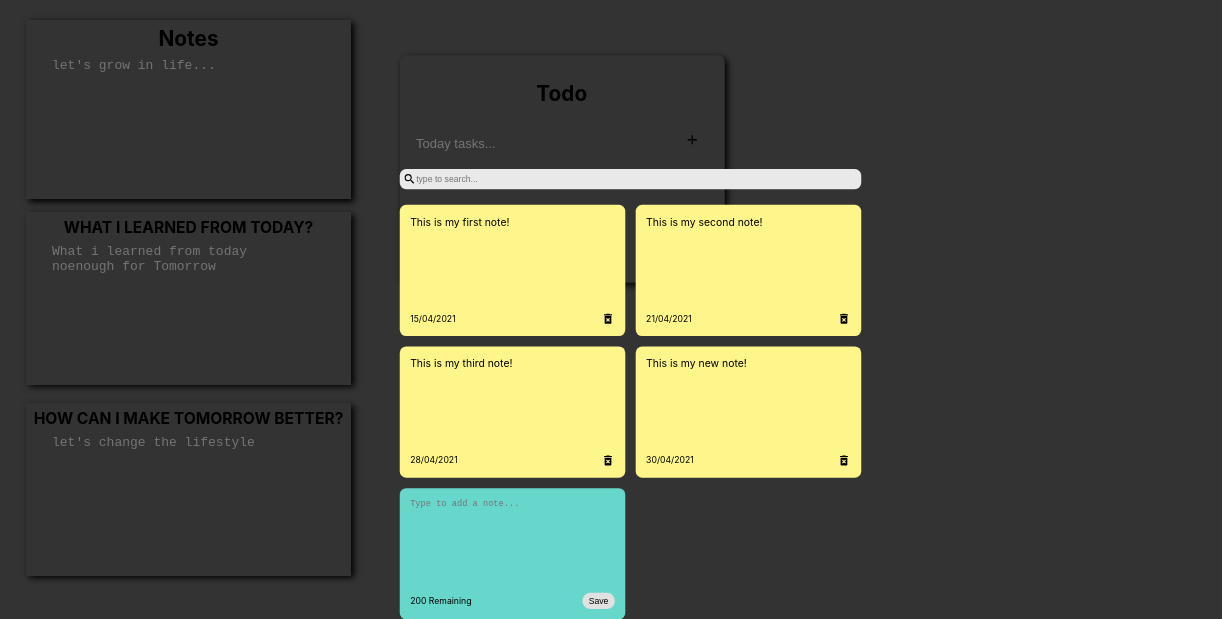
Repository: subhamRsahoo/note
Page: /
These files come from the project's save history. The page is drawn as it stood at one moment and after the next save; the edit follows.
The browser window is 1280 px wide. The page is 1880 px wide, so the pictures cover 1880 px, including what lies to the right of the window. The pictures show the whole page, at 65% of full size.
The project was rebuilt for these pictures with package versions that can differ from the ones it lists, and the page was loaded fresh each time.

Above is the page before, as saved 2021-07-15 17:40:23.

### public/index.html
<!DOCTYPE html>
<html lang="en">
  <head>
    <meta charset="utf-8" />
    <link rel="icon" href="%PUBLIC_URL%/favicon.ico" />
    <meta name="viewport" content="width=device-width, initial-scale=1" />
    <meta name="theme-color" content="#000000" />
    <meta
      name="description"
      content="Web site created using create-react-app"
    />
    <link rel="apple-touch-icon" href="%PUBLIC_URL%/logo192.png" />
    <link rel="manifest" href="%PUBLIC_URL%/manifest.json" />


    <!-- <link rel="stylesheet" href="https://cdnjs.cloudflare.com/ajax/libs/font-awesome/5.15.3/css/font-awesome.min.css"/> -->

    <!-- <link rel="stylesheet" href="https://bootswatch.com/4/materia/bootstrap.com"/> -->

    <title>React App</title>
  </head>
  <body>
    <noscript>You need to enable JavaScript to run this app.</noscript>
    <div id="root"></div>
  </body>
</html>

### src/App.js
import React from 'react'
import Hub from './components/Hub';
import Hub1 from './components/aaaa/Hub1';
import A from './components/New folder/A';

function App() {
    return (
        <div>
            <Hub/>
            <Hub1/>
            <A/>
        </div>
    )
}

export default App

### src/components/Hub.js
import React , {useState , useEffect}from "react";
import Header from "./Header";
import Form from "./Form";
import TodoList from "./TodoList";
import './App.css';


const Hub = () => {
  const initalState = JSON.parse(localStorage.getItem("todos")) || [];
  const [input ,setInput] = useState("");
  const [todos ,setTodos] = useState(initalState);
  const [editTodo , setEditTodo] = useState(null);

  useEffect(() => {
    localStorage.setItem("todos" , JSON.stringify(todos))
  }, [todos]);
  return (
    <div className="container">
      <div className="app-wrapper">
        <div>
          <Header/>
        </div>
        <div>
          <Form
          input={input}
          setInput={setInput}
          todos={todos}
          setTodos={setTodos}
          editTodo={editTodo}
          setEditTodo={setEditTodo}
          />
        </div>
        <div>
          <TodoList todos={todos} setTodos={setTodos} setEditTodo={setEditTodo}/>
        </div>
      </div>
    </div>

  );
}

export default Hub;

### src/components/aaaa/Hub1.js
import React, { Component } from 'react';
import FormDataComponent from './components/form-data.component';
class  Hub1 extends Component {
  render() {
    return (
      <div >
        <FormDataComponent />
      </div>
    );
  }
}

export default Hub1;

### src/components/New folder/A.js
import React from 'react';
import './index.css';
import App from './App';


function A() {
    return (
        <div>
            <App />
        </div>
    )
}

export default A

### src/components/Header.js
import React from 'react'

function Header() {
    return (
        <div className="header">
            <h1>Todo</h1>
        </div>
    )
}

export default Header

### src/components/Form.js
import React , {useEffect} from 'react'
import {v4 as uuidv4} from "uuid";
import AddIcon from '@material-ui/icons/Add';

 const Form =({input , setInput , todos , setTodos , editTodo , setEditTodo }) => {
     const updateTodo = (title , id, completed) =>
     {
         const newTodo = todos.map((todo)=>

             todo.id === id ? {title,id, completed} : todo
         )
         setTodos(newTodo);
         setEditTodo("");
     }
     useEffect(() =>
     {
         if(editTodo)
         {
             setInput(editTodo.title);
         }else{
             setInput("")
         }
     }, [setInput , editTodo]);

     const onInputChange= (event) =>
     {
       setInput(event.target.value);
     };

     const onFormSubmit = (event) =>
     {
        event.preventDefault();
        if(!editTodo){
            setTodos([...todos , {id:uuidv4(), title: input , completed: false}]);
            setInput("");
        }else{
            updateTodo(input , editTodo.id , editTodo.completed)
        }
     }
    return (
       <form onSubmit={onFormSubmit}>
           <input type="text" placeholder="Today tasks... " className="task-input"
           value={input} required onChange={onInputChange} limit={3}/>
           <button type="submit" className="Add">
            <AddIcon/>
           </button>
       </form>
    )
}

export default Form

### src/components/TodoList.js
import React from 'react'
import DoneIcon from '@material-ui/icons/Done';
import EditIcon from '@material-ui/icons/Edit';
import DeleteIcon from '@material-ui/icons/Delete';

const TodoList = ({todos , setTodos , setEditTodo}) => {

    const handleDelete = ({id}) =>
    {
        setTodos(todos.filter((todo) => todo.id !== id));
    }

    const handleComplete = (todo) =>
    {
        setTodos(
            todos.map((item) => {
                if(item.id === todo.id){
                    return {...item , completed: !item.completed};
                }
                return item
            })
        )
    }

    const handleEdit =({id}) =>{
        const findTodo = todos.find((todo) => todo.id === id);
        setEditTodo(findTodo);
    };
    return (
        <div>
           {todos.map((todo) => (
               <li className="list-item"  key={todo.id}>
                   <input type="text"
                     value={todo.title}
                     className={`list ${todo.completed ? "complete" : "" }`}
                     onChange={(event)=> event.preventDefault()}
                   />
                   <div>
                       <button className="button-complete task-button" onClick={() => handleComplete(todo)}>
                          <i><DoneIcon/></i>
                       </button>
                       <button className="button-edit task-button" onClick={()=> handleEdit(todo)}>
                          <i><EditIcon/></i>
                       </button>
                       <button className="button-delete task-button"  onClick={()=> handleDelete(todo)}>
                          <i><DeleteIcon/></i>
                       </button>
                   </div>
               </li>
           ))}
        </div>
    );
}

export default TodoList;

### src/components/App.css
::-webkit-scrollbar {
  width: 9px;
}
::-webkit-scrollbar-thumb {
  background-color: #a8a8a8;
}
::-webkit-scrollbar-thumb:hover {
  background: #828282;
}
::-webkit-scrollbar-track {
  background: #cccccc;
}

body {
  font-family: -apple-system, BlinkMacSystemFont, 'Segoe UI', 'Roboto', 'Oxygen',
    'Ubuntu', 'Cantarell', 'Fira Sans', 'Droid Sans', 'Helvetica Neue',
    sans-serif;
  -webkit-font-smoothing: antialiased;
  -moz-osx-font-smoothing: grayscale;
  background: #333;
}

code {
  font-family: source-code-pro, Menlo, Monaco, Consolas, 'Courier New',
    monospace;
}


*
{
  margin: 0;
  padding: 0;
}

.container
{
  margin-top: 10px;
  width: 100%;
  min-height: 55vh;
  display: grid;
  justify-content: left;
  /* margin-left: 40px; */
  right: 570px;
  align-items: center;
  position: relative;
  box-sizing: border-box;
  /* left: 40px; */
}

.app-wrapper
{
  background-color: #333;
  width: 500px;
  min-height: 350px;
  padding: 10px;
  box-sizing: border-box;
  border-radius: 10px;
  box-shadow: 4px 4px 10px #000;
  /* margin-bottom: 150px; */

}

.header h1
{
  color: black;
  text-align: left;
  margin: 30px 0;
  margin-left: 200px;
}

.task-input
{
  outline: none;
  width: 350px;
  padding: 15px;
  margin-right: 25px;
  font-size: 20px;
  color: white;
  background-color: #333;
  border: none;
  border-radius: 10px;
}

.task-input:hover
{
  box-shadow: 6px 4px 10px #000;
}

.Add
{
  width: 70px;
  padding: 5px 5px;
  border: 0;
  cursor: pointer;
  border-style: transparent;
  background-color: #333;
}

.Add:hover
{
  border-radius: 10px;
  box-shadow: 6px 4px 10px #000;
}

.list-item
{
  display: flex;
  margin: 20px 0;
  border: none;
  border-radius: 10px;
  padding: 7px;
  max-height: 20px;
}

.list-item:hover
{
  box-shadow: 6px 4px 10px #000;
}

.button-complete,
.button-delete,
.button-edit
{
  border: none;
  outline: none;
  cursor: pointer;
  background-color: transparent;
  font-size: 20px;
  border-radius: 50%;
}

.button-complete
{
  color: #ff6c6c;
  margin-right: 10px;
  margin-left: 70px;
}

.button-edit
{
  color: #e2d029;
  margin-right: 10px;
}

.button-delete
{
  color: lightseagreen;
}

.complete
{
  text-decoration-style: solid;
  text-decoration-line: line-through;
  text-decoration-color: #ff6c6c;
  opacity: 0.6;
}

.list
{
  width: 250px;
  background-color: #333;
  border: none;
  color: wheat;
  font-size: 20px;
  padding-left: 10px;
  margin-right: 15px;
}

input:focus,
button:focus
{
  outline: none;
}

@media screen and (max-width:768px)
{
  .container
  {
    left : 120px;
  }
  .app-wrapper
  {

    min-width: 400px;
    min-height: 260px;
    /* margin-top: 15px; */
  }
}

@media screen and (max-width:540px)
{
  .container
  {
    left: 40px;
  }
}

@media screen and (max-width: 1020px)
{
  .app-wrapper
  {
    min-width: 200px;
    min-height: 260px;
    margin-top: 15px;
  }
}

### src/components/aaaa/components/form-data.component.js
import React, { Component } from 'react';
import './design.css';
export default class FormDataComponent extends Component {
    userData;

    constructor(props) {
        super(props);

        this.onChangeName = this.onChangeName.bind(this);
        this.onChangeName1 = this.onChangeName1.bind(this);
        this.onChangeName2 = this.onChangeName2.bind(this);
        this.onSubmit = this.onSubmit.bind(this);

        this.state = {
            name: '',
            name1: '',
            name2: ''
        }
    }

    // Form Values
    onChangeName(e) {
        this.setState({ name: e.target.value })
    }

    onChangeName1(e) {
        this.setState({ name1: e.target.value })
    }

    onChangeName2(e) {
        this.setState({ name2: e.target.value })
    }


    // React Life Cycle
    componentDidMount() {
        this.userData = JSON.parse(localStorage.getItem('user'));

        if (localStorage.getItem('user')) {
            this.setState({
                name: this.userData.name,
                name1: this.userData.name1,
                name2: this.userData.name2
            })
        } else {
            this.setState({
                name: '',
                name1: '',
                name2: ''
            })
        }
    }

    componentWillUpdate(nextProps, nextState) {
        localStorage.setItem('user', JSON.stringify(nextState));
    }

    onSubmit(e) {
        e.preventDefault()
        console.log(this.state.props)
    }


    render() {
        return (

                <form className="form" onSubmit={this.onSubmit}>
                    <div className="contain">
                        <h1>Notes</h1>
                        <textarea type="text" placeholder="let's grow in life..." className="text1" value={this.state.name} onChange={this.onChangeName} />
                        {/* <button type="submit" className="btn1">Save</button> */}
                    </div>


                    <div className="contain1">
                        <h2>WHAT I LEARNED FROM TODAY?</h2>
                        <textarea type="text" placeholder="What i learned from today noenough for Tomorrow" className="text2" value={this.state.name1} onChange={this.onChangeName1} />
                        {/* <button type="submit" className="btn2">Save</button> */}
                    </div>

                    <div className="contain2">
                        <h2>HOW CAN I MAKE TOMORROW BETTER?</h2>
                        <textarea type="text" placeholder="let's change the lifestyle" className="text3" value={this.state.name2} onChange={this.onChangeName2} />
                        {/* <button type="submit" className="btn3">Save</button> */}
                    </div>
                </form>

        )
    }
}

### src/components/New folder/index.css
body {
	margin: 0;
	font-family: -apple-system, BlinkMacSystemFont, 'Segoe UI',
		'Roboto', 'Oxygen', 'Ubuntu', 'Cantarell', 'Fira Sans',
		'Droid Sans', 'Helvetica Neue', sans-serif;
	-webkit-font-smoothing: antialiased;
	-moz-osx-font-smoothing: grayscale;
}

code {
	font-family: source-code-pro, Menlo, Monaco, Consolas,
		'Courier New', monospace;
}

.header {
	display: flex;
	align-items: center;
	justify-content: space-between;
}

.dark-mode {
	background-color: black;
}

.dark-mode h1 {
	color: white;
}

.container {
	display: grid;
	min-width: 1260px;
	/* margin-right: auto; */
	position: absolute;
	left: 600px;
	padding-right: 15px;
	padding-left: 15px;
	min-height: 500px;
}

.notes-list {
	display: grid;
	grid-gap: 1rem;
	grid-template-columns: repeat(
		auto-fill,
		minmax(250px, 1fr)
	);
}

.note.new {
	background-color: #67d7cc;
}

textarea {
	border: none;
	resize: none;
	background-color: #67d7cc;
}

textarea:focus {
	outline: none;
}

.save {
	background-color: #e1e1e1;
	border: none;
	border-radius: 15px;
	padding: 5px 10px 5px 10px;
}

.save:hover {
	background-color: #ededed;
	cursor: pointer;
}

.note {
	background-color: #fef68a;
	border-radius: 10px;
	padding: 1rem;
	min-height: 170px;
	display: flex;
	flex-direction: column;
	justify-content: space-between;
	white-space: pre-wrap;
}

.note-footer {
	display: flex;
	align-items: center;
	justify-content: space-between;
}

.delete-icon {
	cursor: pointer;
}

.search {
	display: flex;
	align-items: center;
	background-color: rgb(233, 233, 233);
	width: 700px;
	border-radius: 10px;
	padding: 5px;
	margin-bottom: 1.5em;
}

.search input {
	border: none;
	background-color: rgb(233, 233, 233);
	width: 100%;
}

.search input:focus {
	outline: none;
}

### src/components/New folder/App.js
import { useState, useEffect } from 'react';
import { nanoid } from 'nanoid';
import NotesList from './components/NotesList';
import Search from './components/Search';

const App = () => {
	const [notes, setNotes] = useState([
		{
			id: nanoid(),
			text: 'This is my first note!',
			date: '15/04/2021',
		},
		{
			id: nanoid(),
			text: 'This is my second note!',
			date: '21/04/2021',
		},
		{
			id: nanoid(),
			text: 'This is my third note!',
			date: '28/04/2021',
		},
		{
			id: nanoid(),
			text: 'This is my new note!',
			date: '30/04/2021',
		},
	]);

	const [searchText, setSearchText] = useState('');

	useEffect(() => {
		const savedNotes = JSON.parse(
			localStorage.getItem('react-notes-app-data')
		);

		if (savedNotes) {
			setNotes(savedNotes);
		}
	}, []);

	useEffect(() => {
		localStorage.setItem(
			'react-notes-app-data',
			JSON.stringify(notes)
		);
	}, [notes]);

	const addNote = (text) => {
		const date = new Date();
		const newNote = {
			id: nanoid(),
			text: text,
			date: date.toLocaleDateString(),
		};
		const newNotes = [...notes, newNote];
		setNotes(newNotes);
	};

	const deleteNote = (id) => {
		const newNotes = notes.filter((note) => note.id !== id);
		setNotes(newNotes);
	};

	return (
		<div >
			<div className='container'>
				<Search handleSearchNote={setSearchText} />
				<NotesList
					notes={notes.filter((note) =>
						note.text.toLowerCase().includes(searchText)
					)}
					handleAddNote={addNote}
					handleDeleteNote={deleteNote}
				/>
			</div>
		</div>
	);
};

export default App;

### src/components/aaaa/components/design.css
.form
{
    width: 100%;
    height: 250px;
    display: grid;
    margin: 0;
    padding: 0;
}


.contain
{
    display: grid;
    width: 500px;
    left: 40px;
    top: 30px;
    bottom: 10px;
    box-shadow: 4px 4px 10px #000;
    position: relative;
    box-sizing: border-box;

}

.text1
{
    margin-top: 10px;
   width: 400px;
   height: 197px;
   margin-left: 40px;
   background-color: #333;
   border-style: none;
   color: white;
   border-style: none;
   font-size: 20px;
   margin-bottom: 20px;
}

.text1:hover
{
    box-shadow: 4px 4px 10px #000;
}

.contain h1
{
    margin-top: 10px;
   text-align: center;
}

/* .btn1
{
    background-color: #333;
    margin-left: 70px;
    text-decoration-color: white;
    border-style: none;
    color: white;
    cursor: pointer;
    margin-bottom: 10px;
    padding: 8px 8px;
    border-radius: 10px;
}

.btn1:hover
{
    box-shadow: 4px 4px 10px #000;
    padding: 8px 8px;
} */


.contain1
{
    width: 500px;
    top: 50px;
    left: 40px;
    box-shadow: 4px 4px 10px #000;
    position: relative;
    box-sizing: content-box;
    display: grid;
}

.text2
{
    margin-top: 10px;
    width: 400px;
    height: 197px;
    margin-left: 40px;
    background-color: #333;
    border-style: none;
    color: white;
    border-style: none;
    font-size: 20px;
    margin-bottom: 20px;
}

.text2:hover
{
    box-shadow: 4px 4px 10px #000;
}


.contain1 h2
{
    margin-top: 10px;
   text-align: center;
}

/* .btn2
{
    background-color: #333;
    margin-left: 70px;
    text-decoration-color: white;
    border-style: none;
    color: white;
    cursor: pointer;
    margin-bottom: 10px;
    padding: 8px 8px;
    border-radius: 10px;
}

.btn2:hover
{
    box-shadow: 4px 4px 10px #000;
    padding: 8px 8px;
} */

.contain2
{
   width: 500px;
    margin-top: 620px;
    margin-left: 40px;
    /* bottom: 630px; */
    box-shadow: 4px 4px 10px #000;
    position: absolute;
    box-sizing:border-box;
    display: grid;
}

.text3
{
    margin-top: 10px;
    width: 400px;
    height: 197px;
    margin-left: 40px;
    background-color: #333;
    border-style: none;
    color: white;
    border-style: none;
    font-size: 20px;
    margin-bottom: 20px;
}

.text3:hover
{
    box-shadow: 4px 4px 10px #000;
}


.contain2 h2
{
    margin-top: 10px;
   text-align: center;
}

/* .btn3
{
    background-color: #333;
    margin-left: 70px;
    text-decoration-color: white;
    border-style: none;
    color: white;
    cursor: pointer;
    margin-bottom: 10px;
    padding: 8px 8px;
    border-radius: 10px;
}

.btn3:hover
{
    box-shadow: 4px 4px 10px #000;
    padding: 8px 8px;
} */

@media screen and (max-width:768px)
{
    .contain
    {
        left: 80px;
    }
    .contain1
    {
        left: 80px;
    }
    .contain2
    {
        left: 80px;
    }
}

@media screen and (max-width: 540px)
{
    .contain
    {
        left: 0;
    }
    .contain1
    {
        left: 0px;
    }
    .contain2
    {
        left: 0px;
    }
}

### src/components/New folder/components/AddNote.js
import { useState } from 'react';

const AddNote = ({ handleAddNote }) => {
	const [noteText, setNoteText] = useState('');
	const characterLimit = 200;

	const handleChange = (event) => {
		if (characterLimit - event.target.value.length >= 0) {
			setNoteText(event.target.value);
		}
	};

	const handleSaveClick = () => {
		if (noteText.trim().length > 0) {
			handleAddNote(noteText);
			setNoteText('');
		}
	};

	return (
		<div className='note new'>
			<textarea
				rows='8'
				cols='10'
				placeholder='Type to add a note...'
				value={noteText}
				onChange={handleChange}
			></textarea>
			<div className='note-footer'>
				<small>
					{characterLimit - noteText.length} Remaining
				</small>
				<button className='save' onClick={handleSaveClick}>
					Save
				</button>
			</div>
		</div>
	);
};

export default AddNote;

Loaded but not shown: src/index.js (common file); src/components/New folder/components/NotesList.js (common file); src/components/New folder/components/Search.js (common file); src/components/New folder/components/Note.js (common file)

After the next save:
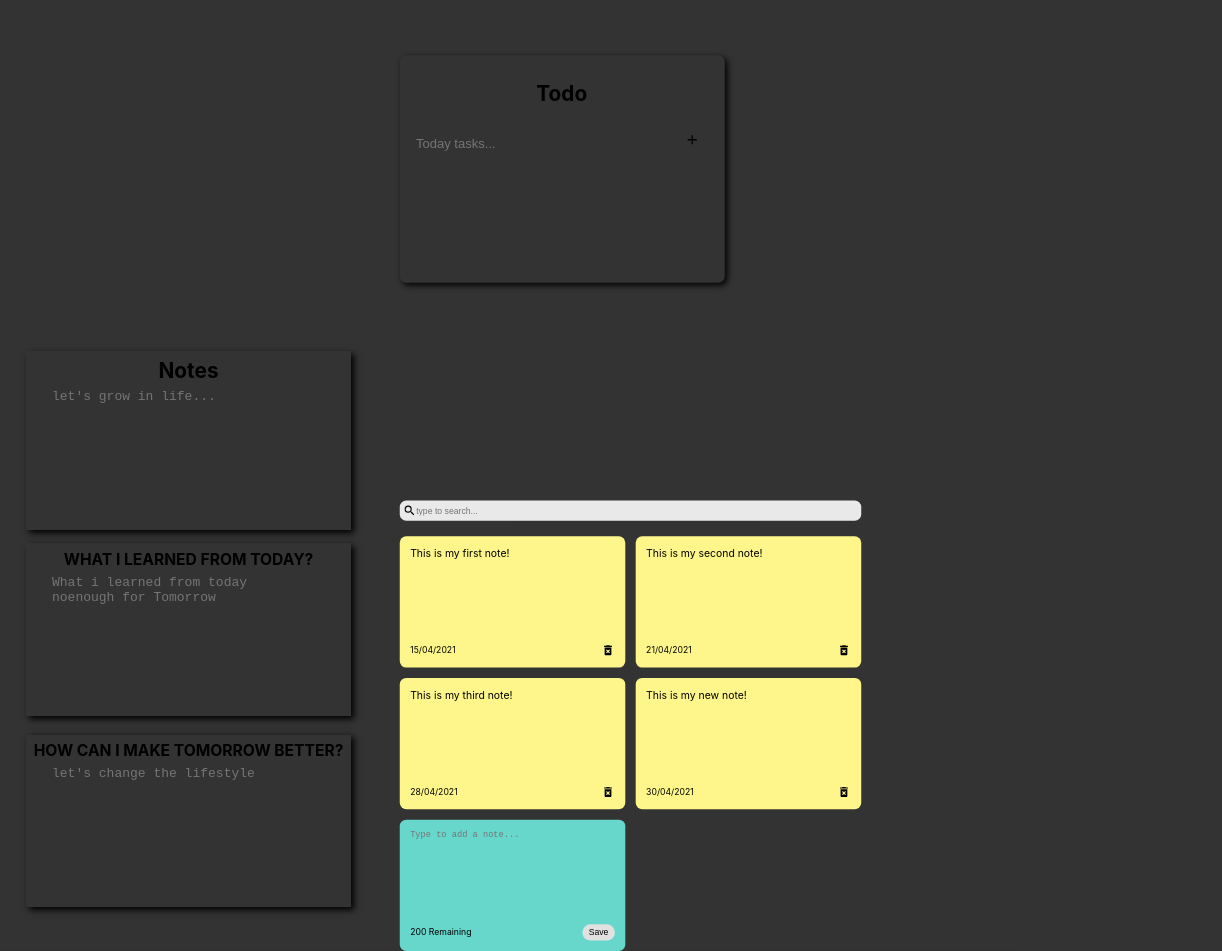
Saved 26 s later.
--- a/src/components/New folder/index.css
+++ b/src/components/New folder/index.css
@@ -30,7 +30,7 @@ code {
 	display: grid;
 	min-width: 1260px;
 	/* margin-right: auto; */
-	position: absolute;
+	/* position: ; */
 	left: 600px;
 	padding-right: 15px;
 	padding-left: 15px;
